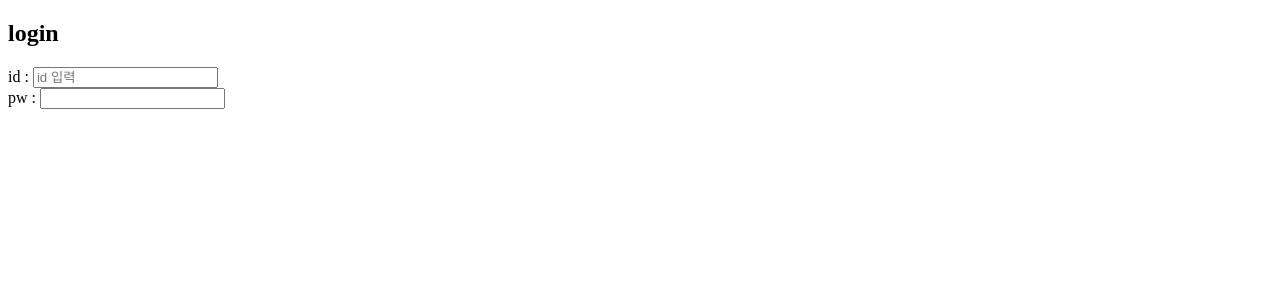
Repository: qqqwwwddd/JSP-Servlet
Page: step01_basic/WebContent/login.html
These files come from the project's save history. The page is drawn as it stood at one moment and after the next save; the edit follows.
The browser window is 1280 px wide. The pictures show the whole page.

Above is the page before, as saved 2022-06-21 07:24:11.

After the next save:
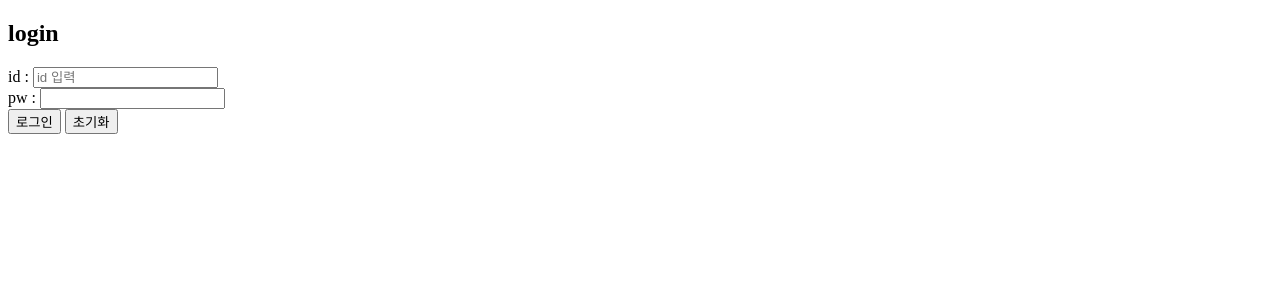
Saved 3 min 28 s later.
--- a/step01_basic/WebContent/login.html
+++ b/step01_basic/WebContent/login.html
@@ -12,6 +12,8 @@
 	id : <input type="text" name="id" placeholder="id 입력"> <br/>
 	pw : <input type="password" name="pw"> <br/>
 
+	<input type="submit" value="로그인">
+	<input type="reset" value="초기화">
 </form>
 
 
